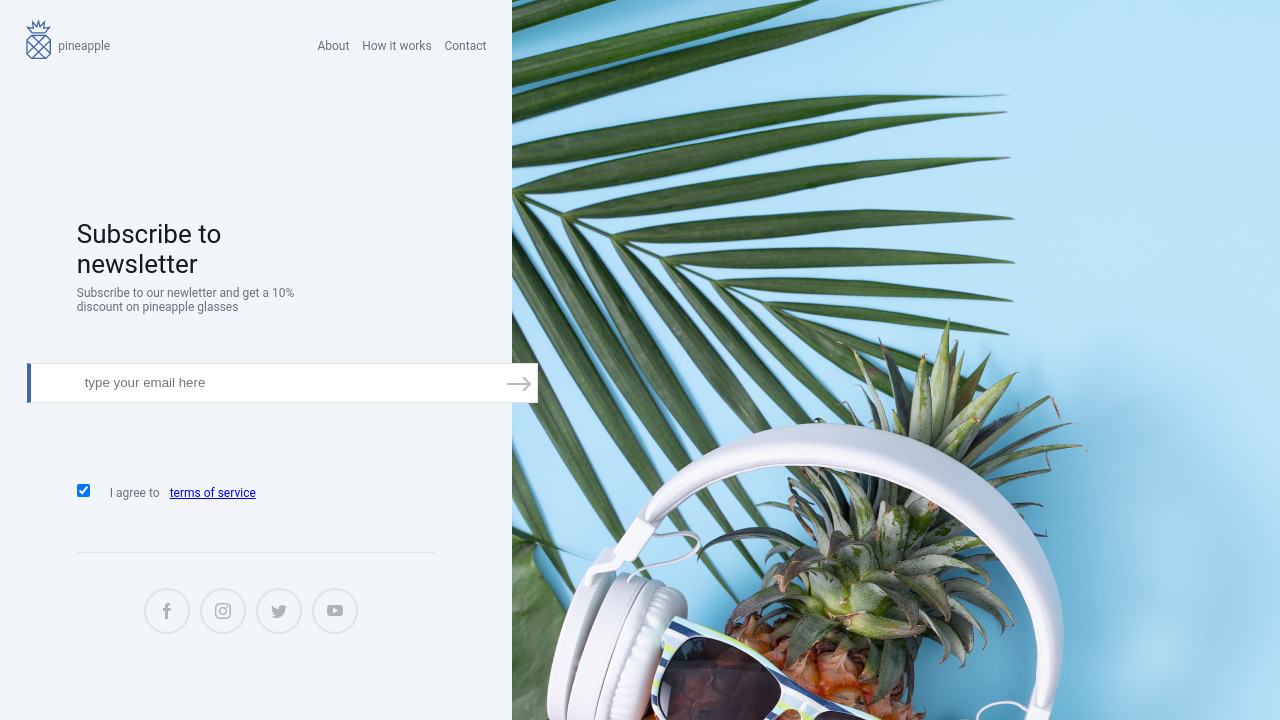
Repository: PaulsBebris/megabit-task
Page: /
The author's editor kept a copy of each file at every save. The page is drawn from the files as they stood at one save, then again after the next save.
The browser window is 1280 px wide. The pictures show the whole page.
The project was rebuilt for these pictures with package versions that can differ from the ones it lists, and the page was loaded fresh each time.

Above is the page before, as saved 2021-04-19 16:34:25.

### src/App.vue
<template>
  <div id="app">
    <router-view/>
  </div>
</template>

<style lang="scss">
* {
  padding: 0;
  margin: 0;
  box-sizing: border-box;
}
@import "./assets/scss/defaults.scss";
@font-face {
  font-family: "Roboto";
  src: local("Roboto"), url(./assets/fonts/Roboto.ttf) format("truetype");
  src: url();
}
@font-face {
  font-family: "Roboto";
  src: local("Roboto-Thin"), url(./assets/fonts/Roboto-Thin.ttf) format("truetype");
  src: url();
}

#app {
  font-family: Roboto, Helvetica, Arial, sans-serif;
  -webkit-font-smoothing: antialiased;
  -moz-osx-font-smoothing: grayscale;
  color: $grey;
  overflow: hidden;
  font-size: $default-font-size;
}

</style>

### src/router/index.js
import Vue from 'vue'
import VueRouter from 'vue-router'
import Home from '../views/Home.vue'

Vue.use(VueRouter)

const routes = [
  {
    path: '/',
    name: 'Home',
    component: Home
  }
]

const router = new VueRouter({
  routes
})

export default router

// {
// path: '/about',
// name: 'About',
// route level code-splitting
// this generates a separate chunk (about.[hash].js) for this route
// which is lazy-loaded when the route is visited.
// component: () => import(/* webpackChunkName: "about" */ '../views/About.vue')
// }

### src/assets/scss/_defaults.scss
$blue: #4066A5;
$black: #131821;
$grey: #6A707B;
$light-grey: #E3E3E4;
$light-blue: #F2F5FA;

$default-font-size: 12px;
$header-font-size: 26px;

### src/views/Home.vue
<template>
  <div class="home">
    <div class="page-wrapper">
      <div class="header-wrapper">
        <div class="logo">
          <img src="../assets/img/pineapple.png" alt="pineapple">
          <span>pineapple</span>
        </div>
        <div class="main-menu">
          <div>About</div>
          <div>How it works</div>
          <div>Contact</div>
        </div>
      </div>
      <div class="content-wrapper">
        <div>Subscribe to newsletter</div>
        <p>Subscribe to our newletter and get a 10% discount on pineapple glasses</p>
      </div>
      <div class="subscribe-form-wrapper">
        <input type="text" placeholder="type your email here" @click="onSubscribe" v-model="email" >
        <div class="submit-button">
          <span>
            <img src="../assets/img/ic_arrow.svg" alt="arrow">
          </span>
        </div>
      </div>
      <div class="terms-of-use">
        <input type="checkbox" checked="checked" name="agreedOnTerms" id="">
        <span class="custom-checkbox"></span>
        <span>I agree to</span>
        <a href="#">terms of service</a>
      </div>
      <div class="separator">
        <div class="separator-line"></div>
      </div>
      <div class="social-wrapper">
        <div class="icons-wraper">
          <img src="../assets/img/Facebook.png" alt="facebook">
          <img src="../assets/img/Instagram.png" alt="instagram">
          <img src="../assets/img/Twitter.png" alt="twitter">
          <img src="../assets/img/Youtube.png" alt="youtube">
        </div>
      </div>
    </div>
    <div class="base-image">
      <img :src=sommer alt="">
    </div>
  </div>
</template>

<script>
import sommer from '@/assets/img/sommer.png'

export default {
  name: 'Home',
  components: {},
  data () {
    return {
      sommer,
      email: ''
    }
  },
  methods: {
    onSubscribe () {
      // axios send data
    }
  }
}
</script>

<style lang="scss" scoped>
@import "../assets/scss/defaults.scss";
.home {
  display: flex;
  width: 680px;
  height: 100vh;
  // color: $blue;
  // overflow: hidden;
}
.page-wrapper {
  width: 40vw;
  height: 1080px;
  background-color: $light-blue;
}
.base-image {
  width: 60vw;
}
.base-image img {
  max-height: 1080px;
}
.header-wrapper {
  display: flex;
  justify-content: space-between;
  margin: 5% 0 30% 0;
  align-items: center;
}
.logo {
  margin-left: 5%;
  display: flex;
  align-items: center;
}
.logo img {
  margin-right: 10%;
  position: relative;
  top: -7px;
}
.main-menu {
  margin-right: 5%;
  display: flex;
  justify-content: space-between;
  width: 33%;
}
.content-wrapper {
  padding-left: 15%;
  padding-right: 38%;
}
.content-wrapper :first-child {
  margin-bottom: 3%;
  font-size: $header-font-size;
  color: $black;
}
.content-wrapper p {
  margin-bottom: 20%;
}
.subscribe-form-wrapper {
  display: flex;
  justify-content: right;
  width: 42vw;
  margin-bottom: 16%;
}
.subscribe-form-wrapper input {
  border: none;
  border-left: 4px solid $blue;
  padding-left: 10%;
  margin-left: 5%;
  height: 40px;
  z-index: 2;
  width: 90%;
  border-top: 1px solid $light-grey;
  border-bottom: 1px solid $light-grey;
}
.submit-button {
  z-index: 2;
  width: 38px;
  background-color: #fff;
  border-top: 1px solid $light-grey;
  border-right: 1px solid $light-grey;
  border-bottom: 1px solid $light-grey;
  height: 40px;
}
.submit-button {
  display: flex;
  justify-content: center;
  align-items: center;
}
.submit-button span {
  margin-top: 5px;
}
.terms-of-use input {
  margin-left: 15%;
}
.terms-of-use > * {
  margin-right: 10px;
}
.separator {
  margin-top: 10%;
}
.separator-line {
  border-bottom: 1px solid $light-grey;
  margin: 0 15% 0 15%;
}
.social-wrapper {
  display: flex;
  // align-items: center;
  justify-content: center;
  margin-top: 7%;
}
.icons-wraper > *{
  padding-right: 10px;
}
// mobile
@media screen and (max-width: 1024px) {
  .base-image {
    display: none;
  }
  .page-wrapper {
    width: 100vw;
    background-image: url('../assets/img/sommer.png');
    background-repeat: no-repeat;
    background-position: center;
    background-attachment: fixed;
    background-size: cover;
    max-height: 746px;
  }
}
</style>

Loaded but not shown: public/index.html (common file); src/main.js (common file); src/store/index.js (common file)

After the next save:
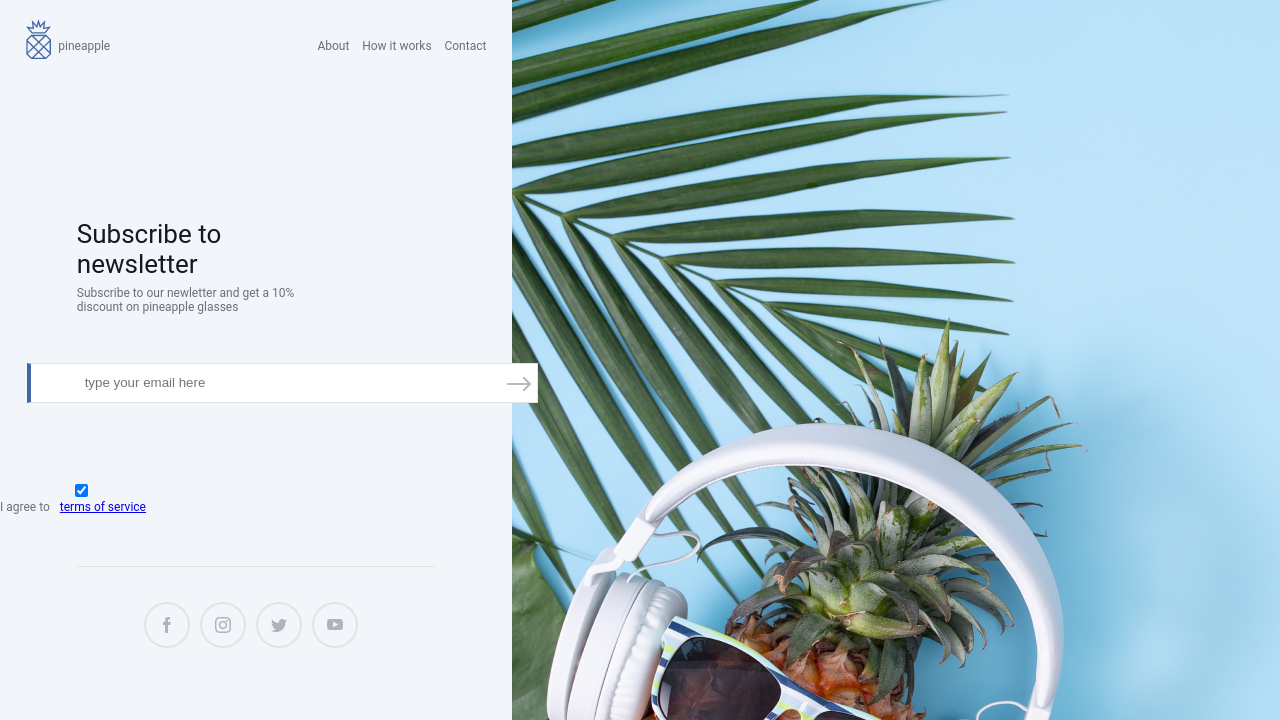
Saved 82 s later.
--- a/src/views/Home.vue
+++ b/src/views/Home.vue
@@ -25,8 +25,11 @@
         </div>
       </div>
       <div class="terms-of-use">
-        <input type="checkbox" checked="checked" name="agreedOnTerms" id="">
-        <span class="custom-checkbox"></span>
+        <div class="checkbox-wrapper">
+          <input type="checkbox" checked="checked" name="agreedOnTerms" id="">
+          <span class="custom-checkbox"></span>
+        </div>
+
         <span>I agree to</span>
         <a href="#">terms of service</a>
       </div>
